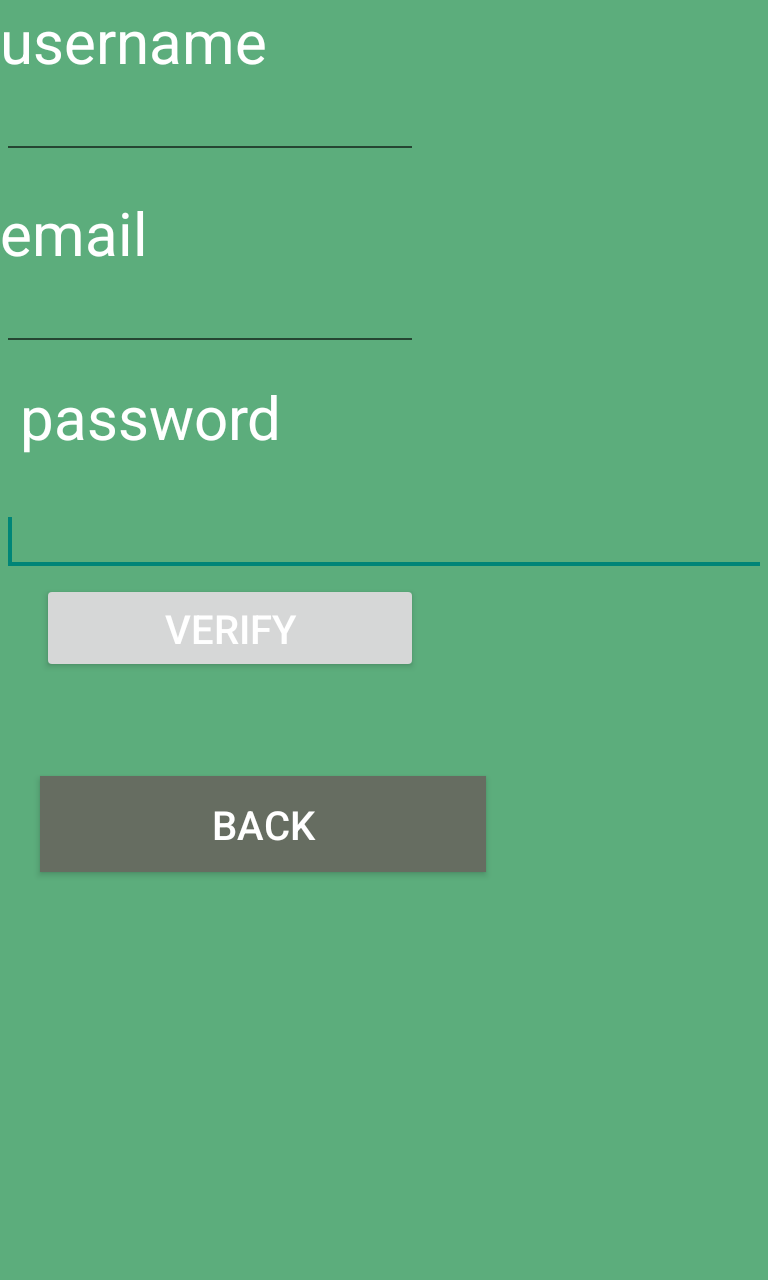
Repository: janemuthoni/icon
Layout: Exam/res/layout/login.xml
The author's editor kept a copy of each file at every save. The layout is drawn from the files as they stood at one save, then again after the next save.
It is drawn on a 768 x 1280 px phone screen (xhdpi) without system bars, with theme AppTheme; the app's code is not run.

Above is the layout before, as saved 2014-08-07 09:22:54.

### Exam/res/layout/login.xml
<?xml version="1.0" encoding="utf-8"?>
<LinearLayout xmlns:android="http://schemas.android.com/apk/res/android"
    android:layout_width="match_parent"
    android:layout_height="match_parent"
    android:orientation="vertical"
    android:background="@color/cyan">
     <TextView
           android:id="@+id/tvusername"
           android:layout_width="wrap_content"
           android:layout_height="wrap_content"
           android:text="@string/Username"
           android:textSize="30sp"
           android:textColor="@color/white" />

       <EditText
           android:id="@+id/etusername"
           android:layout_width="wrap_content"
           android:layout_height="wrap_content"
           android:ems="10"
           android:inputType="textPersonName" />

       <TextView
           android:id="@+id/tvemail"
           android:text="@string/email"
           android:textColor="@color/white"
           android:layout_width="wrap_content"
           android:layout_height="wrap_content"
           android:layout_marginTop="14dp"
           android:textSize="30sp" />

       <EditText
           android:id="@+id/etemail"
           android:layout_width="wrap_content"
           android:layout_height="wrap_content"
           android:ems="10"
           android:inputType="textEmailAddress" />

   <TextView
     android:id="@+id/tvpassword"
     android:layout_width="wrap_content"
     android:layout_height="wrap_content"
     android:text="@string/password"
     android:textSize="30sp"
     android:textColor="@color/white"
     android:layout_margin="10dp"/>

   <EditText
       android:id="@+id/editText2"
       android:layout_width="match_parent"
       android:layout_height="wrap_content"
       android:layout_marginTop="10dp"
       android:ems="10"
       android:inputType="textPassword" >

       <requestFocus />
   </EditText>

   <Button
       android:id="@+id/btnVerify"
       android:layout_width="190dp"
       android:layout_height="wrap_content"
       android:text="@string/buttonverify"
       android:textColor="@color/white"
       android:textSize="20sp"
       android:layout_marginLeft="20dp"
          />

      <Button
          android:id="@+id/buttonback"
          android:layout_width="223dp"
          android:layout_height="wrap_content"
          android:layout_marginLeft="20dp"
          android:layout_marginTop="50dp"
          android:background="@color/darkgrey"
          android:text="@string/buttonback"
          android:textColor="@color/white"
          android:textSize="20sp" />

</LinearLayout>

### Exam/res/values/color.xml
<?xml version="1.0" encoding="utf-8"?>
<resources>
     <color name="grey">#A49F99</color>
      <color name="blue">#170674</color>
      <color name="green">#C81B1B</color>
      <color name="lightgreen">#7FDC33</color>
      <color name="darkgrey">#666D61</color>
      <color name="white">#FFFFFF</color>
      <color name="black">#1F1D1D</color>
      <color name="pink">#E1FBA2F7</color>
      <color name="lightgrey">#EBE0E3</color>
      <color name="cyan">#5CAD7C</color>
      <color name="greengrass">#08893C</color>
      <color name="yellow">#FDFF4F</color>
      <color name="violet">#7D0E2F</color>


</resources>

### Exam/res/values/strings.xml
<?xml version="1.0" encoding="utf-8"?>
<resources>

    <string name="app_name">Exam</string>
    <string name="hello_world">Hello world!</string>
    <string name="action_settings">Settings</string>
    <string name="firstname">firstname</string>
    <string name="email">email</string>
    <string name="password">password</string>
    <string name="Username">username</string>
    <string name="buttonregister">Register</string>
    <string name="buttonLogin">Login</string>
    <string name="buttonback">back</string>
    <string name="buttonverify">Verify</string>
    <string name="btndisplay">display</string>
    <string name="title_activity_register">RegisterActivity</string>
    <string name="title_activity_main">MainActivity</string>
    <string name="title_activity_welcome">WelcomeActivity</string>

</resources>

Loaded but not shown: Exam/res/values/styles.xml (common file); Exam/res/values-v11/styles.xml (common file); Exam/res/values-v14/styles.xml (common file)

After the next save:
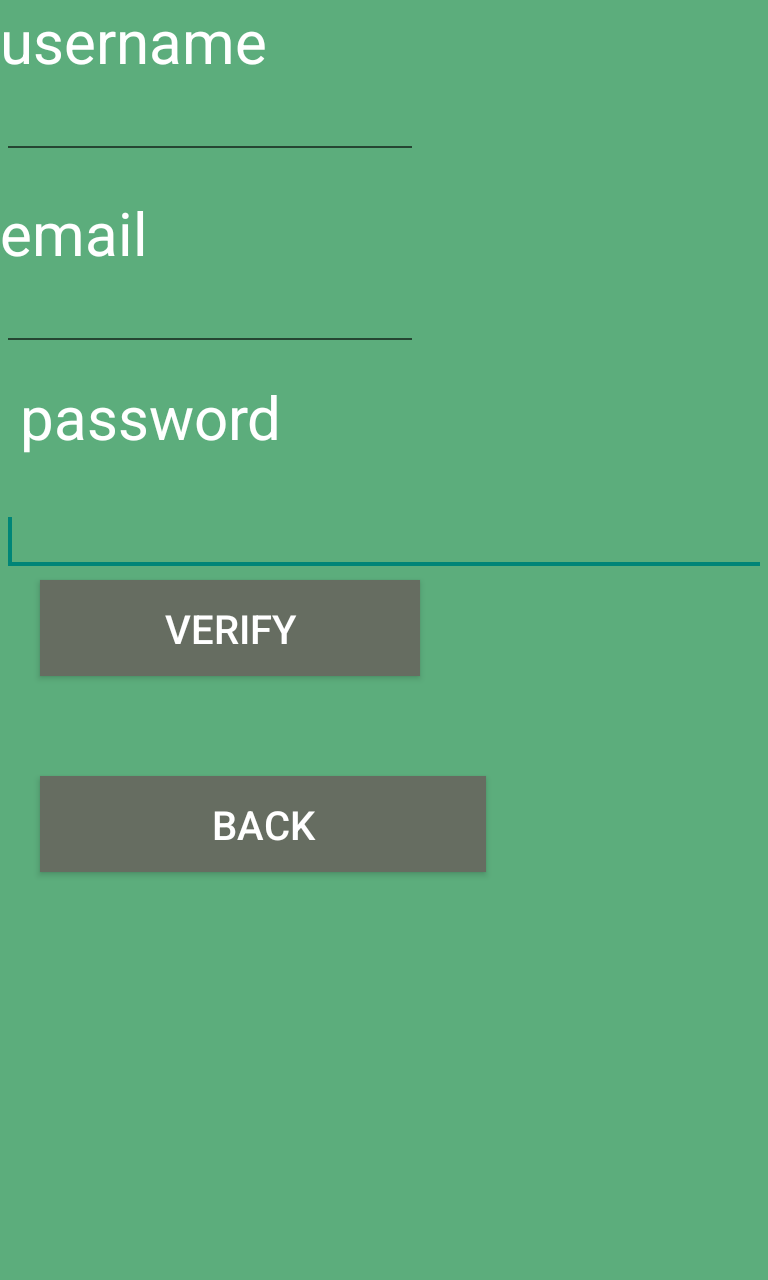
Saved 19 s later.
--- a/Exam/res/layout/login.xml
+++ b/Exam/res/layout/login.xml
@@ -61,6 +61,7 @@
        android:layout_height="wrap_content"
        android:text="@string/buttonverify"
        android:textColor="@color/white"
+       android:background="@color/darkgrey"
        android:textSize="20sp"
        android:layout_marginLeft="20dp"
           />
